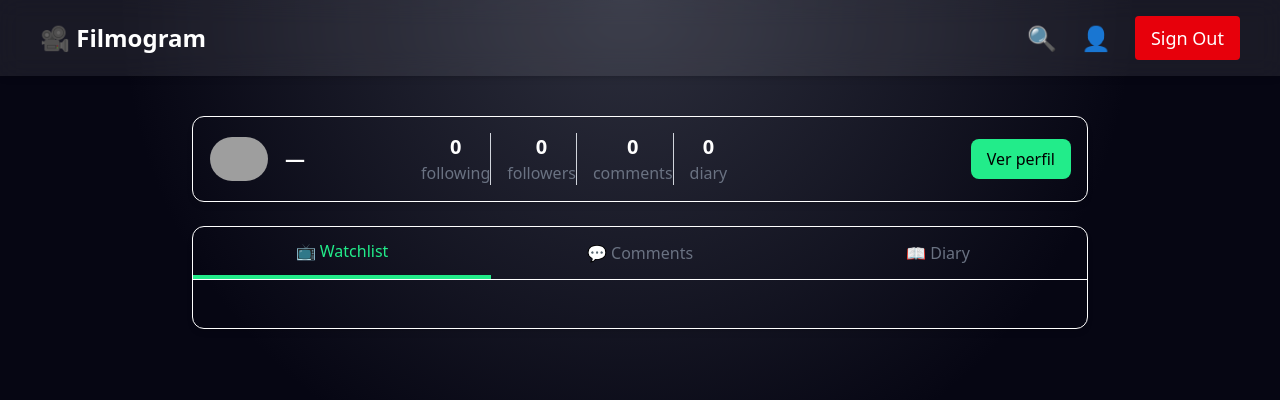
Repository: Leoonard1507/proyecto-final
Page: /client-profile
An editor plug-in stored every save of this project. The page is shown before and after the next save, followed by the edit.
The browser window is 1280 px wide. The pictures show the whole page.
Pictures or frames that could not be fetched are drawn as grey boxes. The page's requests for data from a server got no answer. The project was rebuilt for these pictures with package versions that can differ from the ones it lists, and the page was loaded fresh each time. The framework's server and built-in components were replaced by stand-ins that run in the browser. No one was signed in, and anything a server would have sent is missing. Also part of the build but not shown: next.config.ts, src/app/components/profileSections/userWatchlist.tsx, src/app/components/profileSections/userComments.tsx, src/app/components/profileSections/userDiary.tsx, src/libs/axios.ts, src/app/components/profileSections/searchFavsEdit.tsx, src/app/components/profileSections/addFavoritesModal.tsx, src/app/components/profileSections/FavMoviesList.tsx.

Above is the page before, as saved 2025-05-26 13:54:14.

### src/app/layout.tsx
// app/layout.tsx
"use client";

import { SessionProvider } from "next-auth/react";
import "../styles/globals.css";
import { ToastContainer } from 'react-toastify';
import 'react-toastify/dist/ReactToastify.css';


export default function RootLayout({ children }: { children: React.ReactNode }) {
  return (
    <html lang="es">
      <head>
        <title>Filmogram</title>
        <meta name="description" content="Gestiona tu perfil en El Santuario." />
      </head>
      <body className="flex flex-col text-white antialiased">
        {/* Fondo con contenedor dedicado */}
        <div className="min-h-screen w-full bg-radial-pattern">
          <SessionProvider>{children}</SessionProvider>
        </div>
        <ToastContainer />
      </body>
    </html>
  );
}

### src/app/client-profile/page.tsx
"use client";

import { useState, useEffect } from "react";
import { useSession } from "next-auth/react";
import Image from "next/image";
import Navbar from "@/app/components/Navbar";
import { toast } from "react-toastify";
import Watchlist from "../components/profileSections/userWatchlist";
import Comments from "../components/profileSections/userComments";
import Diary from "../components/profileSections/userDiary";
import FavoriteMoviesSection from "../components/profileSections/addFavoritesModal"; // para elegir favs
import FavoriteMoviesList from "../components/profileSections/FavMoviesList"; // para mostrar las favs en el perfil

export default function ProfilePage() {
  const { data: session } = useSession();

  const [name, setName] = useState("");
  const [nickname, setNickname] = useState("");
  const [usermail, setUsermail] = useState("");
  const [role, setRole] = useState("");
  const [birthdate, setBirthdate] = useState("");
  const [loading, setLoading] = useState(false);
  const [isModalOpen, setIsModalOpen] = useState(false);
  const [description, setDescription] = useState("");
  const [avatar, setAvatar] = useState("");
  const [userId, setUserId] = useState("");
  const [showDetails, setShowDetails] = useState(false);
  const [isPasswordModalOpen, setIsPasswordModalOpen] = useState(false);
  const [currentPassword, setCurrentPassword] = useState("");
  const [newPassword, setNewPassword] = useState("");
  const [repeatPassword, setRepeatPassword] = useState("");
  const [activeTab, setActiveTab] = useState("watchlist");
  const [followingCount, setFollowingCount] = useState<number | null>(null);
  const [followerCount, setFollowerCount] = useState<number | null>(null);
  const [commentsCount, setCommentsCount] = useState<number | null>(null);
  const [diaryCount, setDiaryCount] = useState<number | null>(null);

  useEffect(() => {
    if (session?.user?.id) {
      setUserId(session.user.id);
      fetchUserData(session.user.id);
      fetchFollowingCount(session.user.id);
      fetchFollowerCount(session.user.id);
      fetchCommentsCount(session.user.id);
      fetchDiaryCount(session.user.id);
    }
  }, [session]);

  const fetchFollowingCount = async (userId: string) => {
    try {
       const res = await fetch(`/api/seguidos/${userId}`);
      if (!res.ok) throw new Error("Failed to fetch following count");
      const data = await res.json();
      setFollowingCount(data[0]?.following_count ?? 0);
    } catch (error) {
      console.error("Error fetching following count:", error);
      setFollowingCount(0);
    }
  };

  const fetchFollowerCount = async (userId: string) => {
    try {
       const res = await fetch(`/api/seguidores/${userId}`);
      if (!res.ok) throw new Error("Failed to fetch follower count");
      const data = await res.json();
      setFollowerCount(data[0]?.followers_count ?? 0);
    } catch (error) {
      console.error("Error fetching follower count:", error);
      setFollowerCount(0);
    }
  };

  const fetchCommentsCount = async (userId: string) => {
    try {
       const res = await fetch(`/api/countComments/${userId}`);
      if (!res.ok) throw new Error("Failed to fetch comments count");
      const data = await res.json();
      setCommentsCount(data[0]?.comments_count ?? 0);
    } catch (error) {
      console.error("Error fetching comments count:", error);
      setCommentsCount(0);
    }
  };

  const fetchDiaryCount = async (userId: string) => {
    try {
       const res = await fetch(`/api/countDiary/${userId}`);
      if (!res.ok) throw new Error("Failed to fetch diary count");
      const data = await res.json();
      setDiaryCount(data[0]?.diarys_count ?? 0);
    } catch (error) {
      console.error("Error fetching diary count:", error);
      setDiaryCount(0);
    }
  };

  const fetchUserData = async (userId: string) => {
    try {
      const res = await fetch(`/api/user/${userId}`);
      if (!res.ok) throw new Error("No se pudo obtener el usuario");
      const user = await res.json();

      setName(user.name || "");
      setUsermail(user.email || "");
      setRole(user.role || "");
      setBirthdate(user.birthdate || "");
      setNickname(user.nickName || "");
      setDescription(user.description || "");
      setAvatar(user.avatar || `https://api.dicebear.com/7.x/bottts/png?seed=${user.id}`);
      // setFavoriteMovies(user.favorites || []); // Si decides usar favoritas aquí
    } catch (error) {
      console.error("Error al cargar datos del usuario:", error);
    }
  };

  const updateUserProfile = async () => {
    setLoading(true);
    try {
      const dataToSend = {
        nickname,
        name,
        email: usermail,
        role,
        description,
        birthdate,
        avatar,
        currentPassword,
        newPassword,
        // favorites: favoriteMovies,
      };

      const response = await fetch("/api/user/update", {
        method: "POST",
        headers: { "Content-Type": "application/json" },
        body: JSON.stringify(dataToSend),
      });

      if (!response.ok) {
        const errorData = await response.json();
        console.error("Error en la respuesta:", errorData);
        throw new Error(errorData.message || "Error al actualizar el perfil");
      }

      const responseData = await response.json();
      toast.success(responseData.message);

      setIsModalOpen(false);
      setIsPasswordModalOpen(false);
      setCurrentPassword("");
      setNewPassword("");
      setRepeatPassword("");
      await fetchUserData(userId);
    } catch (error: any) {
      toast.error(error.message || "Error al actualizar el perfil");
      console.error(error);
    } finally {
      setLoading(false);
    }
  };

  const handleSubmit = (e: React.FormEvent) => {
    e.preventDefault();
    updateUserProfile();
  };

  return (
    <div className="min-h-screen text-white">
      {/* Navbar */}
      <Navbar />
      {/* Contenedor de perfil */}
      <div className="max-w-4xl mx-auto mt-10 space-y-6">
        {/* Perfil compacto */}
        <div className="flex items-center justify-between border rounded-xl shadow-md p-4">
          <div className="flex items-center space-x-4">
            <Image
              src={avatar || "https://api.dicebear.com/7.x/bottts/png?seed=default"}
              alt="Avatar"
              width={60}
              height={60}
              className="rounded-full border"
            />
            <span className="text-xl font-semibold">{nickname || "—"}</span>
            <div className="flex flex-col ml-25 items-center border-r border-gray-300">
              <span className="text-base font-semibold text-xl">
                {followingCount !== null ? followingCount : "0"}
              </span>
              <span className="text-base text-gray-500">following</span>
            </div>
            <div className="flex flex-col items-center border-r border-gray-300">
              <span className="text-base font-semibold text-xl">
                 {followerCount !== null ? followerCount : "0"}
              </span>
              <span className="text-base text-gray-500">followers</span>
            </div>
            <div className="flex flex-col items-center border-r border-gray-300">
              <span className="text-base font-semibold text-xl">
                 {commentsCount !== null ? commentsCount : "0"}
              </span>
              <span className="text-base text-gray-500">comments</span>
            </div>
            <div className="flex flex-col items-center">
              <span className="text-base font-semibold text-xl">
                 {diaryCount !== null ? diaryCount : "0"}
              </span>
              <span className="text-base text-gray-500">diary</span>
            </div>
          </div>
          <button
            onClick={() => setShowDetails((prev) => !prev)}
            className="bg-[#22ec8a] text-black px-4 py-2 rounded-lg hover:opacity-70 transition"
          >
            {showDetails ? "Ocultar perfil" : "Ver perfil"}
          </button>
        </div>

        {/* Perfil detallado */}
        {showDetails && (
          <div className="border rounded-xl shadow-inner p-6 space-y-6">
            <div className="grid grid-cols-1 sm:grid-cols-2 gap-4">
              <ProfileField label="Nombre completo" value={name} />
              <ProfileField label="Correo" value={usermail} />
              <ProfileField label="Fecha de nacimiento" value={birthdate} />
              <ProfileField label="Rol" value={role} />
              <div className="sm:col-span-2">
                <ProfileField label="Descripción" value={description} />
              </div>
            </div>
            <div className="flex space-x-4">
              <button
                type="button"
                disabled={loading}
                onClick={() => setIsModalOpen(true)}
                className="bg-[#22ec8a] text-black px-4 py-2 rounded-md hover:opacity-70 transition"
              >
                Editar perfil
              </button>
              <button
                type="button"
                disabled={loading}
                onClick={() => setIsPasswordModalOpen(true)}
                className="bg-gray-200 text-gray-800 px-4 py-2 rounded-md hover:bg-gray-300 transition"
              >
                Cambiar contraseña
              </button>
            </div>
          </div>
        )}

        {/* Mostrar las favoritas */}
        {userId && (
          <div className="border rounded-xl shadow-md p-6 mt-6">
            <FavoriteMoviesList userId={userId} />
          </div>
        )}

        {/* Tabs para mostrar contenido */}
        <div className="border rounded-xl shadow-md">
          <div className="flex border-b">
            <button
              onClick={() => setActiveTab("watchlist")}
              className={`flex-1 py-3 text-center font-medium ${
                activeTab === "watchlist"
                  ? "border-b-4 border-[#22ec8a] text-[#22ec8a]"
                  : "text-gray-500 hover:text-[#22ec8a]"
              }`}
            >
              📺 Watchlist
            </button>
            <button
              onClick={() => setActiveTab("comments")}
              className={`flex-1 py-3 text-center font-medium ${
                activeTab === "comments"
                  ? "border-b-4 border-[#22ec8a] text-[#22ec8a]"
                  : "text-gray-500 hover:text-[#22ec8a]"
              }`}
            >
              💬 Comments
            </button>
            <button
              onClick={() => setActiveTab("diary")}
              className={`flex-1 py-3 text-center font-medium ${
                activeTab === "diary"
                  ? "border-b-4 border-[#22ec8a] text-[#22ec8a]"
                  : "text-gray-500 hover:text-[#22ec8a]"
              }`}
            >
              📖 Diary
            </button>
          </div>
          <div className="p-6">
            {activeTab === "watchlist" && userId && <Watchlist userId={userId} />}
            {activeTab === "comments" && userId && <Comments userId={userId} />}
            {activeTab === "diary" && userId && <Diary userId={userId} />}
          </div>
        </div>
      </div>

      {/* Modal cambiar contraseña */}
      {isPasswordModalOpen && (
        <div className="fixed inset-0 bg-black bg-opacity-40 flex justify-center items-center z-50">
          <div className="bg-white text-black p-8 rounded-lg max-w-md w-full relative shadow-lg">
            <button
              onClick={() => setIsPasswordModalOpen(false)}
              className="absolute top-3 right-3 text-gray-600 hover:text-gray-800 text-xl"
              aria-label="Close password modal"
            >
              ✖
            </button>

            <h2 className="text-2xl font-bold mb-5">Change Password</h2>

            <form
              onSubmit={async (e) => {
                e.preventDefault();
                if (newPassword !== repeatPassword) {
                  alert("Las contraseñas nuevas no coinciden.");
                  return;
                }

                try {
                  await updateUserProfile();
                  setIsPasswordModalOpen(false);
                  setCurrentPassword("");
                  setNewPassword("");
                  setRepeatPassword("");
                } catch (err) {
                  alert(err);
                  console.error(err);
                }
              }}
              className="space-y-4"
            >
              <Input label="Current password" value={currentPassword} onChange={setCurrentPassword} type="password" />
              <Input label="New password" value={newPassword} onChange={setNewPassword} type="password" />
              <Input label="Repeat new password" value={repeatPassword} onChange={setRepeatPassword} type="password" />

              <button
                type="submit"
                className="bg-blue-600 text-white w-full p-2 rounded-lg hover:bg-blue-700 transition"
              >
                Save New Password
              </button>
            </form>
          </div>
        </div>
      )}

      {/* Modal editar perfil */}
      {isModalOpen && (
        <div className="fixed inset-0 bg-black bg-opacity-40 flex justify-center items-center z-50">
          <div className="bg-white text-black p-6 rounded-lg max-w-xl w-full relative shadow-lg space-y-4">
            <button
              onClick={() => setIsModalOpen(false)}
              className="absolute top-3 right-3 text-gray-600 hover:text-gray-800 text-xl"
              aria-label="Close profile edit modal"
            >
              ✖
            </button>

            <h2 className="text-2xl font-bold">Editar perfil</h2>

            <form onSubmit={handleSubmit} className="space-y-4">
              <div>
                <label className="block font-medium mb-1">Avatar</label>
                <div className="flex space-x-3">
                  {["cat", "robot", "alien", "monster", "Sawyer"].map((type) => {
                    const url = `https://api.dicebear.com/7.x/bottts/png?seed=${type}`;
                    return (
                      <Image
                        key={type}
                        src={url}
                        alt={`avatar ${type}`}
                        width={60}
                        height={60}
                        onClick={() => setAvatar(url)}
                        className={`cursor-pointer rounded-full border-2 ${
                          avatar === url ? "border-blue-600" : "border-transparent"
                        }`}
                      />
                    );
                  })}
                </div>
              </div>

              <Input label="Nombre" value={name} onChange={setName} />
              <Input label="Apodo" value={nickname} onChange={setNickname} />
              <Input label="Fecha de nacimiento" value={birthdate} onChange={setBirthdate} />
              <Input label="Descripción" value={description} onChange={setDescription} />

              {/* la sección de películas favoritas */}
              <div>
                <h3 className="font-semibold mb-1">Favorite films</h3>
                {session?.user?.id && <FavoriteMoviesSection userId={session.user.id} />}
              </div>

              <button
                type="submit"
                className="bg-blue-600 text-white w-full py-2 rounded hover:bg-blue-700 disabled:opacity-50"
                disabled={loading}
              >
                {loading ? "Saving..." : "Save Changes"}
              </button>
            </form>
          </div>
        </div>
      )}
    </div>
  );
}

// Componente reutilizable para mostrar campos
function ProfileField({ label, value }: { label: string; value: string }) {
  return (
    <div>
      <label className="block text-sm font-medium text-[#22ec8a] mb-1">{label}</label>
      <p className="text-white border border-gray-700 rounded p-2">{value || "—"}</p>
    </div>
  );
}

// Componente reutilizable de inputs
function Input({
  label,
  value,
  onChange,
  type = "text",
}: {
  label: string;
  value: string;
  onChange: (val: string) => void;
  type?: string; // Nuevo prop opcional
}) {
  return (
    <div>
      <label className="block text-sm font-medium mb-1">{label}</label>
      <input
        type={type}
        value={value}
        onChange={(e) => onChange(e.target.value)}
        className="w-full border border-gray-300 p-2 rounded"
      />
    </div>
  );
}

### src/styles/globals.css
@import "tailwindcss";

html, body {
  margin: 0;
  padding: 0;
  box-sizing: border-box;
}

* {
  box-sizing: inherit;
}

/* Fondo radial aplicado sólo a una clase */
.bg-radial-pattern {
  background: radial-gradient(circle at 49% 0, #2d2f3d, #070714 51%, #060613 52%);
  background-repeat: no-repeat;
  background-size: cover;
  background-attachment: fixed;
}

@layer utilities {
  .mask-fade {
    -webkit-mask-image: radial-gradient(circle, rgba(0, 0, 0, 1) 0%, rgba(0, 0, 0, 0) 100%);
    mask-image: radial-gradient(circle, rgba(0, 0, 0, 1) 0%, rgba(0, 0, 0, 0) 100%);
  }
}

/* Para movie-details */
.fade-mask-movie-details {
  -webkit-mask-image: linear-gradient(to bottom, rgba(0, 0, 0, 1) 10%, rgba(0, 0, 0, 0));
  mask-image: linear-gradient(to bottom, rgba(0, 0, 0, 1) 10%, rgba(0, 0, 0, 0));
  -webkit-mask-size: 100% 100%;
  mask-size: 100% 100%;
  -webkit-mask-repeat: no-repeat;
  mask-repeat: no-repeat;
}

.custom-scrollbar {
  scrollbar-width: thick;
  scrollbar-color: #333 #222;
  overflow-x: auto; /* Para el desplazamiento horizontal */
  overflow-y: auto;
}

.custom-scrollbar::-webkit-scrollbar {
  height: 20px;
}

.custom-scrollbar::-webkit-scrollbar-track {
  background: #222;
}

.custom-scrollbar::-webkit-scrollbar-thumb {
  background: #333;
  border-radius: 10px;
}

.custom-scrollbar::-webkit-scrollbar-thumb:hover {
  background: #6b6b6b;
}

### src/app/components/Navbar.tsx
'use client';

import Link from 'next/link';
import { useRouter } from 'next/navigation';

export default function Navbar() {
    const router = useRouter();

    const handleLogout = () => {
        // Aquí podrías limpiar cookies, localStorage, o llamar a un endpoint
        // Por ahora simulamos cierre de sesión redirigiendo al login
        // localStorage.removeItem('token'); (si lo usas)
        router.push('/');
    };

    return (
        <nav className="sticky top-0 z-50 text-white px-10 py-4 flex justify-between items-center shadow-md bg-white/8 backdrop-blur-md">
            <div className="text-2xl font-bold">
                <Link href="/home-page">🎥 Filmogram</Link>
            </div>
            <ul className="flex space-x-6 items-center text-lg">
                <li>
                    <Link href="/search" className="hover:text-red-400 transition text-2xl">🔍</Link>
                </li>
                <li>
                    <Link href="/client-profile" className="hover:text-red-400 transition text-2xl">👤</Link>
                </li>
                <li>
                    <button
                        onClick={handleLogout}
                        className="bg-red-600 px-4 py-2 rounded hover:bg-red-700 transition"
                    >
                        Sign Out
                    </button>
                </li>
            </ul>
        </nav>
    );
}

After the next save:
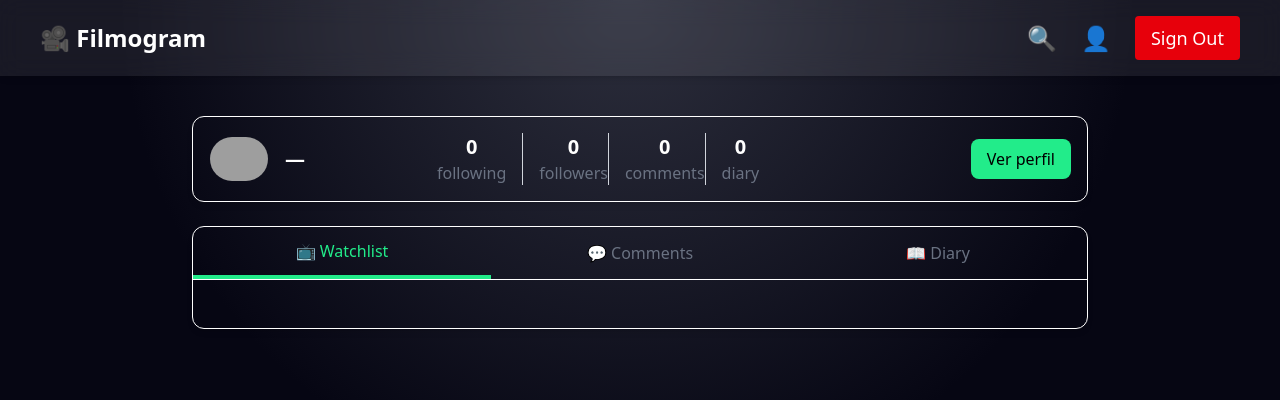
Saved 10 s later.
--- a/src/app/client-profile/page.tsx
+++ b/src/app/client-profile/page.tsx
@@ -180,7 +180,7 @@ export default function ProfilePage() {
               className="rounded-full border"
             />
             <span className="text-xl font-semibold">{nickname || "—"}</span>
-            <div className="flex flex-col ml-25 items-center border-r border-gray-300">
+            <div className="flex flex-col ml-25 items-center border-r border-gray-300 px-4">
               <span className="text-base font-semibold text-xl">
                 {followingCount !== null ? followingCount : "0"}
               </span>
